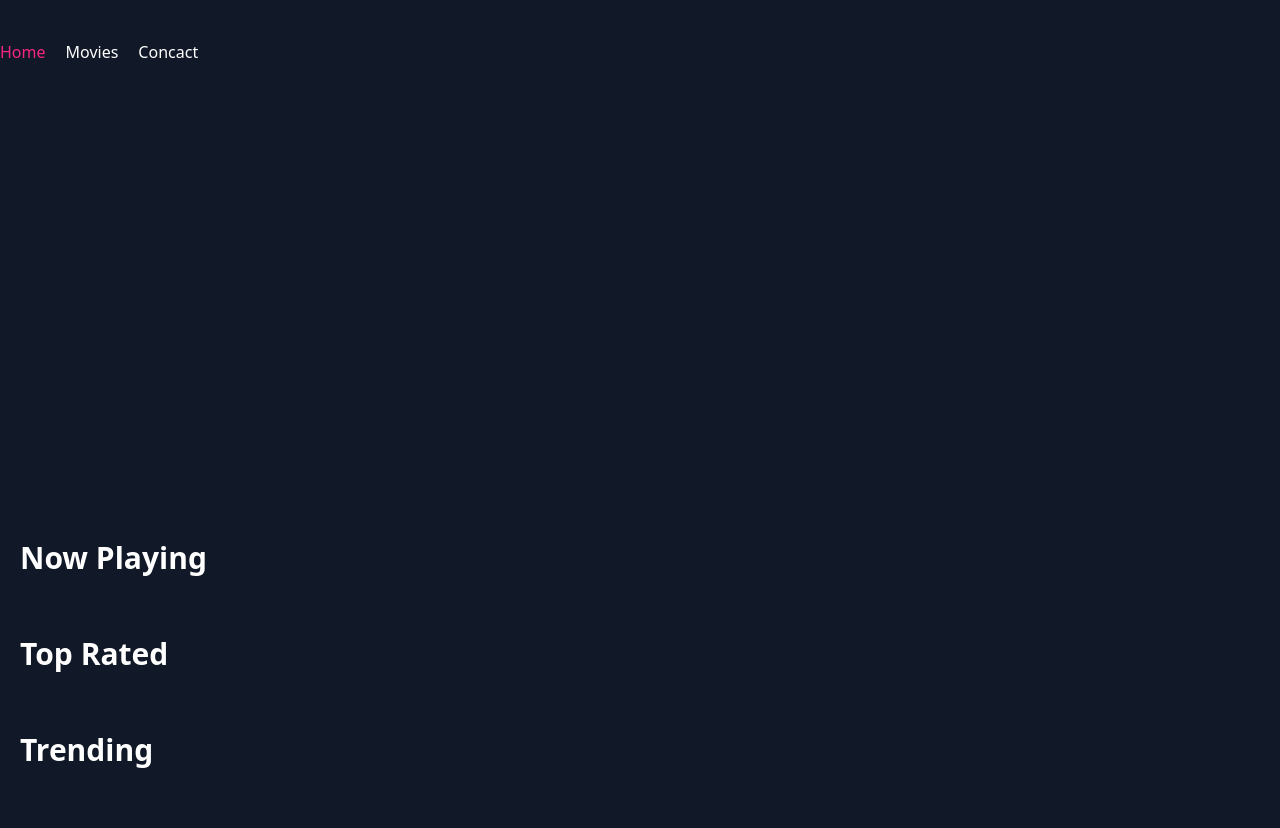
Repository: kieuduc123/ProjectMini-Movies
Page: /
An editor plug-in stored every save of this project. The page is shown before and after the next save, followed by the edit.
The browser window is 1280 px wide. The pictures show the whole page.
The project was rebuilt for these pictures with package versions that can differ from the ones it lists, and the page was loaded fresh each time. Also part of the build but not shown: vite.config.js, src/components/movie/MoviCard.jsx, src/page/MoviesPage.jsx, src/page/Concact.jsx.

Above is the page before, as saved 2023-09-05 17:31:01.

After the next save:
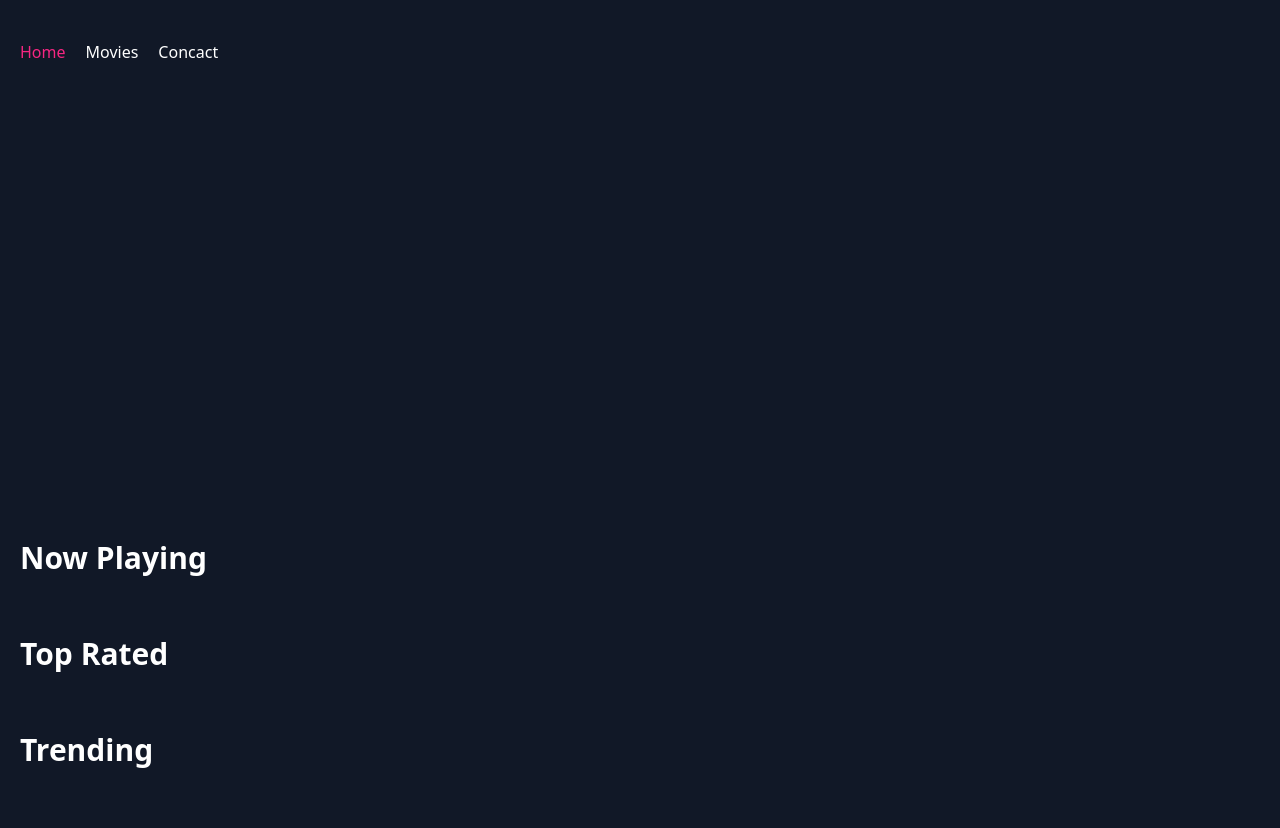
Saved 10 s later.
--- a/src/layout/Header.jsx
+++ b/src/layout/Header.jsx
@@ -3,7 +3,7 @@ import { NavLink } from 'react-router-dom';
 
 const Header = () => {
     return (
-    <header className="header flex items-center justify-center gap-x-5  top-0 left-0 fixed text-center text-white py-10 mb-5">
+    <header className="header flex items-center justify-center gap-x-5   fixed text-white py-10 mb-5">
          <NavLink to= "/"
          className={({isActive}) => (isActive ? "text-primary" : "")}
          >Home</NavLink>
